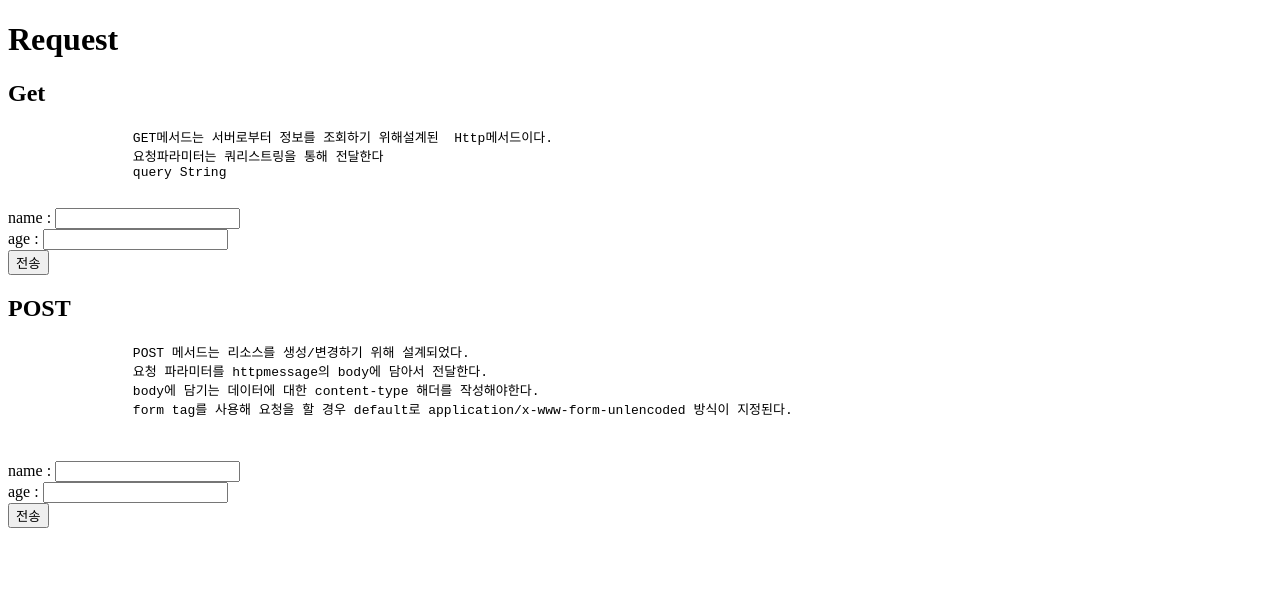
Repository: vaynel/StudyFile
Page: H_spring/spring04_servlet/WebContent/a_request.html
These files come from the project's save history. The page is drawn as it stood at one moment and after the next save; the edit follows.
The browser window is 1280 px wide. The pictures show the whole page.

Above is the page before, as saved 2023-01-18 02:26:40.

### H_spring/spring04_servlet/WebContent/a_request.html
<!DOCTYPE html>
<html>
<head>
<meta charset="UTF-8">
<title>Insert title here</title>
</head>
<body>

	<h1>Request</h1>
	<h2>Get</h2>
	<pre>
		GET메서드는 서버로부터 정보를 조회하기 위해설계된  Http메서드이다.
		요청파라미터는 쿼리스트링을 통해 전달한다
		query String
	</pre>
	<form action="/srping04_servlet/req">
		<label>name : <input type="text" name="name"></label><br>
	    <label>age : <input type="number" name="age"></label><br>
	    <button>전송</button>
	</form>

	<h2>POST</h2>
	<pre>
		POST 메서드는 리소스를 생성/변경하기 위해 설계되었다.
		요청 파라미터를 httpmessage의 body에 담아서 전달한다.
		body에 담기는 데이터에 대한 content-type 해더를 작성해야한다.
		form tag를 사용해 요청을 할 경우 default로 application/x-www-form-unlencoded 방식이 지정된다.

	</pre>
	<form action="/spring04_servlet/req" mothod="post">
    	<label>name : <input type="text" name="name"></label><br>
	    <label>age : <input type="number" name="age"></label><br>
	    <button>전송</button>
	</form>



</body>
</html>

After the next save:
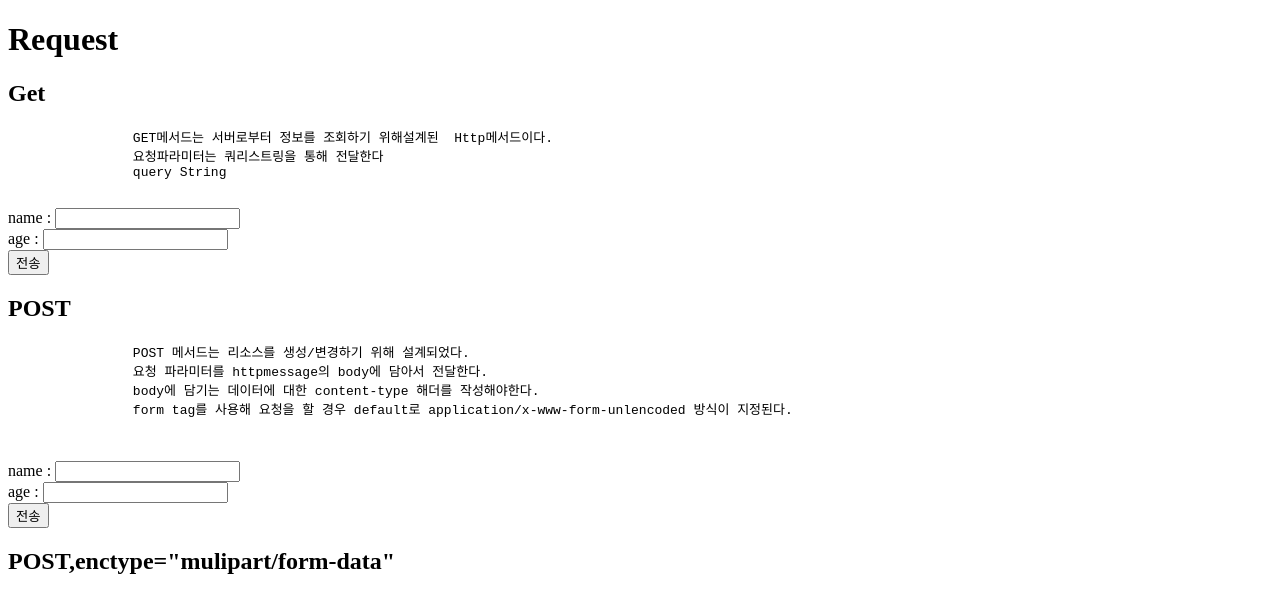
Saved 3 min 3 s later.
--- a/H_spring/spring04_servlet/WebContent/a_request.html
+++ b/H_spring/spring04_servlet/WebContent/a_request.html
@@ -33,6 +33,11 @@
 	    <button>전송</button>
 	</form>
 
+	<h2>POST,enctype="mulipart/form-data"</h2>
+	<form action="/spring04_servlet/req" mothod="post">
+
+
+	</form>
 
 
 </body>
